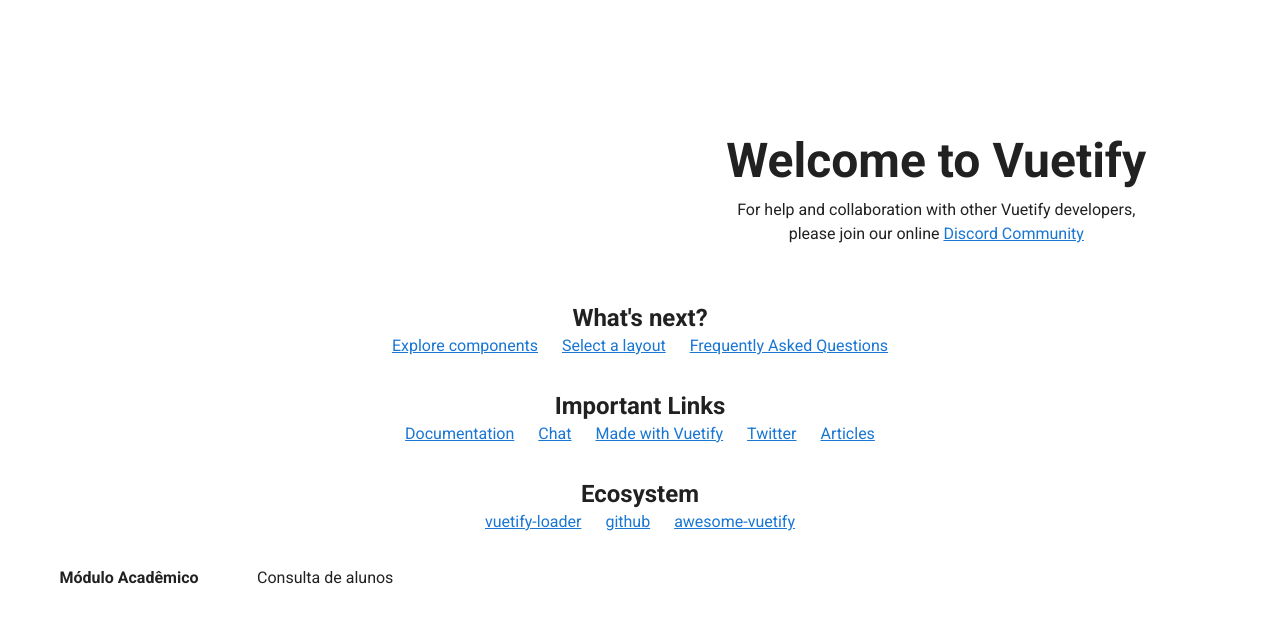
Repository: sergiohidekiono/vue-student
Page: /
These files come from the project's save history. The page is drawn as it stood at one moment and after the next save; the edit follows.
The browser window is 1280 px wide. The pictures show the whole page.
The project was rebuilt for these pictures with package versions that can differ from the ones it lists, and the page was loaded fresh each time. Also part of the build but not shown: vue.config.js.

Above is the page before, as saved 2024-08-07 09:12:11.

After the next save:
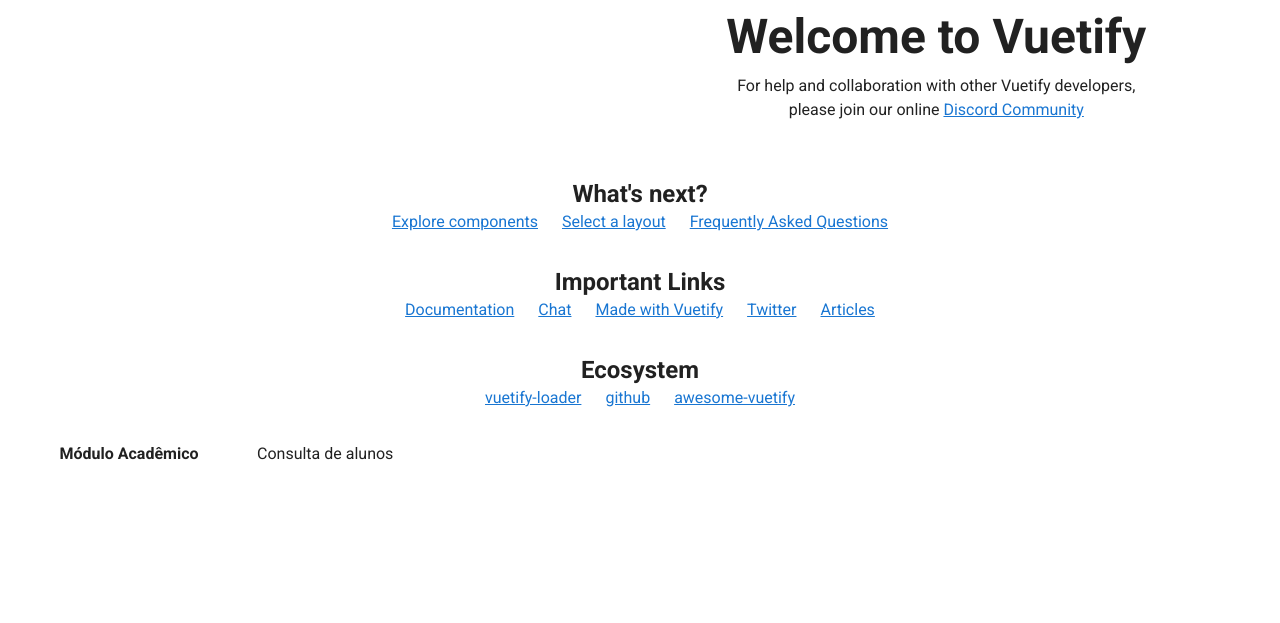
Saved 3 s later.
--- a/src/App.vue
+++ b/src/App.vue
@@ -1,8 +1,6 @@
 <template>
   <v-app>
-    <div class="d-flex align-start">
-      <v-img :src="require('./assets/logo.png')" class="my-3" contain height="100"/>
-    </div>
+
 
     <v-main>
       <HelloWorld />
--- a/src/components/HelloWorld.vue
+++ b/src/components/HelloWorld.vue
@@ -2,7 +2,6 @@
   <v-container>
     <v-row class="text-center">
       <v-col>
-
         <div class="d-flex align-start">
           <v-img :src="require('./assets/logo.png')" class="my-3" contain height="100" />
         </div>
